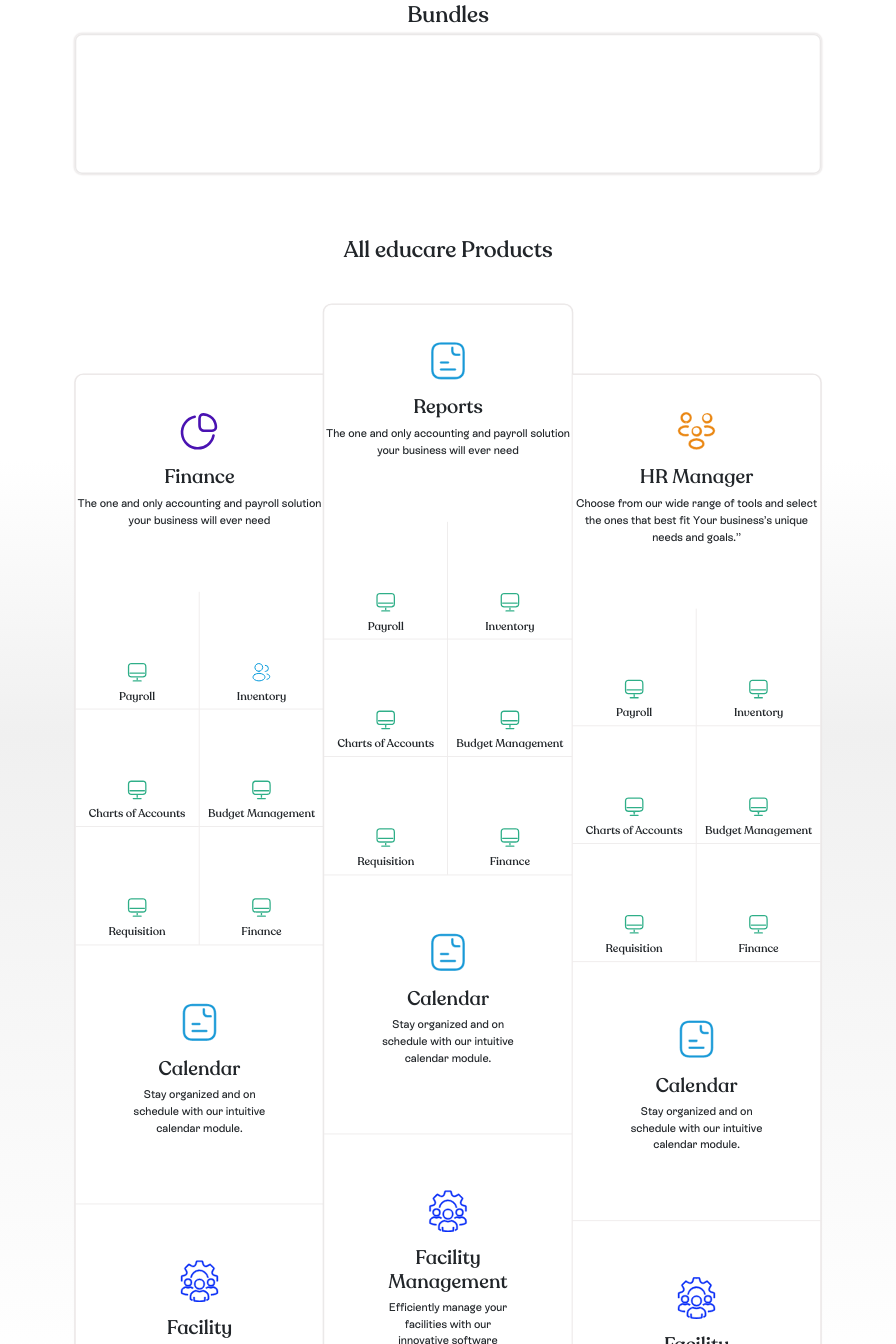
Repository: sarahnnanyelugo/educare-web
Page: /
The author's editor kept a copy of each file at every save. The page is drawn from the files as they stood at one save, then again after the next save.
The browser window is 1280 px wide. The pictures show the part of the page from y = 2598 to 4518 px (the page is 7665 px tall), at 70% of full size.
The project was rebuilt for these pictures with package versions that can differ from the ones it lists, and the page was loaded fresh each time.

Above is the page before, as saved 2023-04-07 00:34:20.

After the next save:
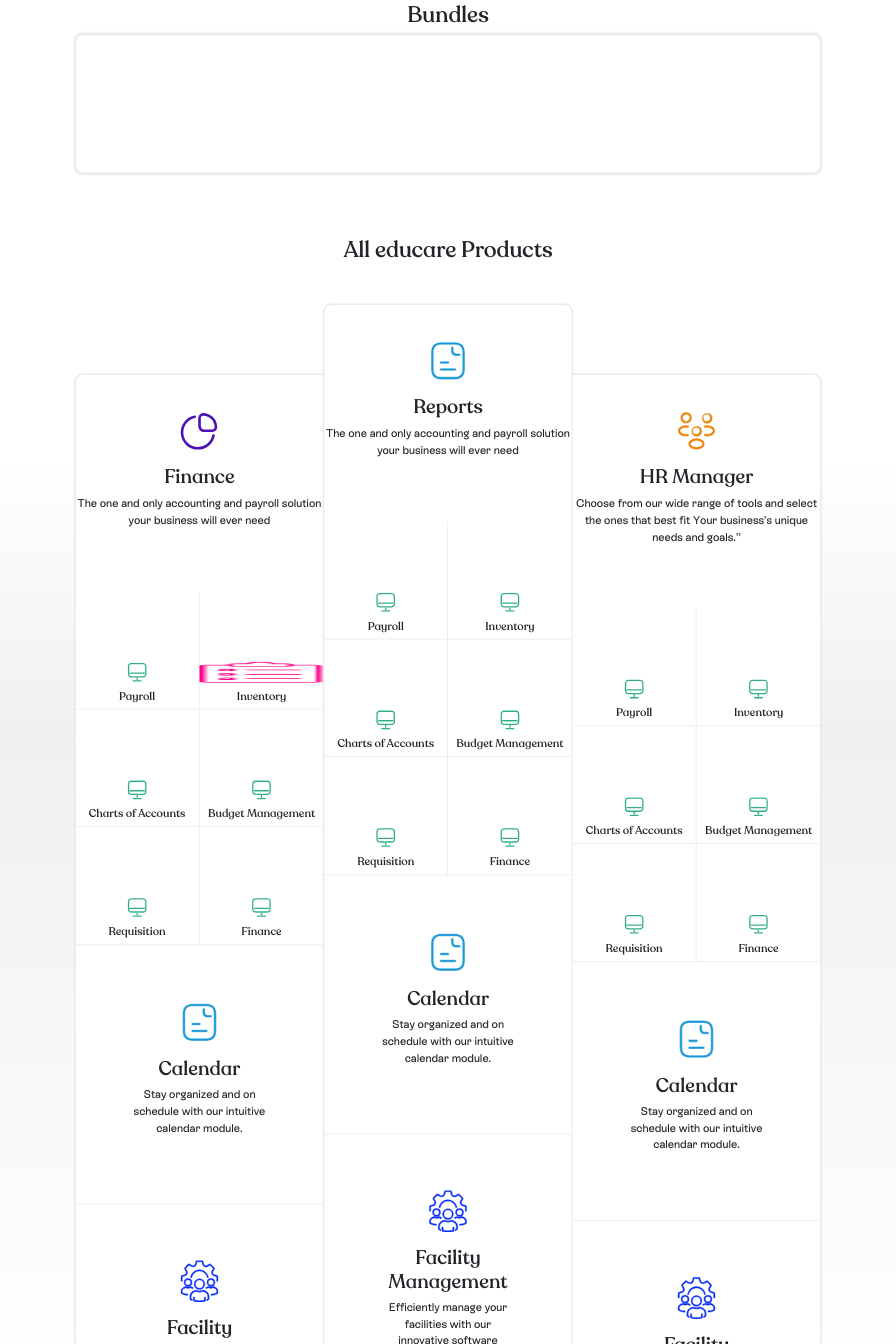
Saved 22 s later.
--- a/src/pages/Home/Home.tsx
+++ b/src/pages/Home/Home.tsx
@@ -24,7 +24,11 @@
 import Features from "./Features/Features";
 import EducareProducts from "./EducareProducts/EducareProducts";
 import OtherEducareProducts from "./OtherEducareProducts/OtherEducareProducts";
-import PinkChart from "../../assets/images/students.svg";
+import PinkChart from "../../assets/images/inventory.png";
+import PinkChart from "../../assets/images/inventory.png";
+import PinkChart from "../../assets/images/inventory.png";
+import PinkChart from "../../assets/images/inventory.png";
+import PinkChart from "../../assets/images/inventory.png";
 
 export const Home = () => {
   return (
